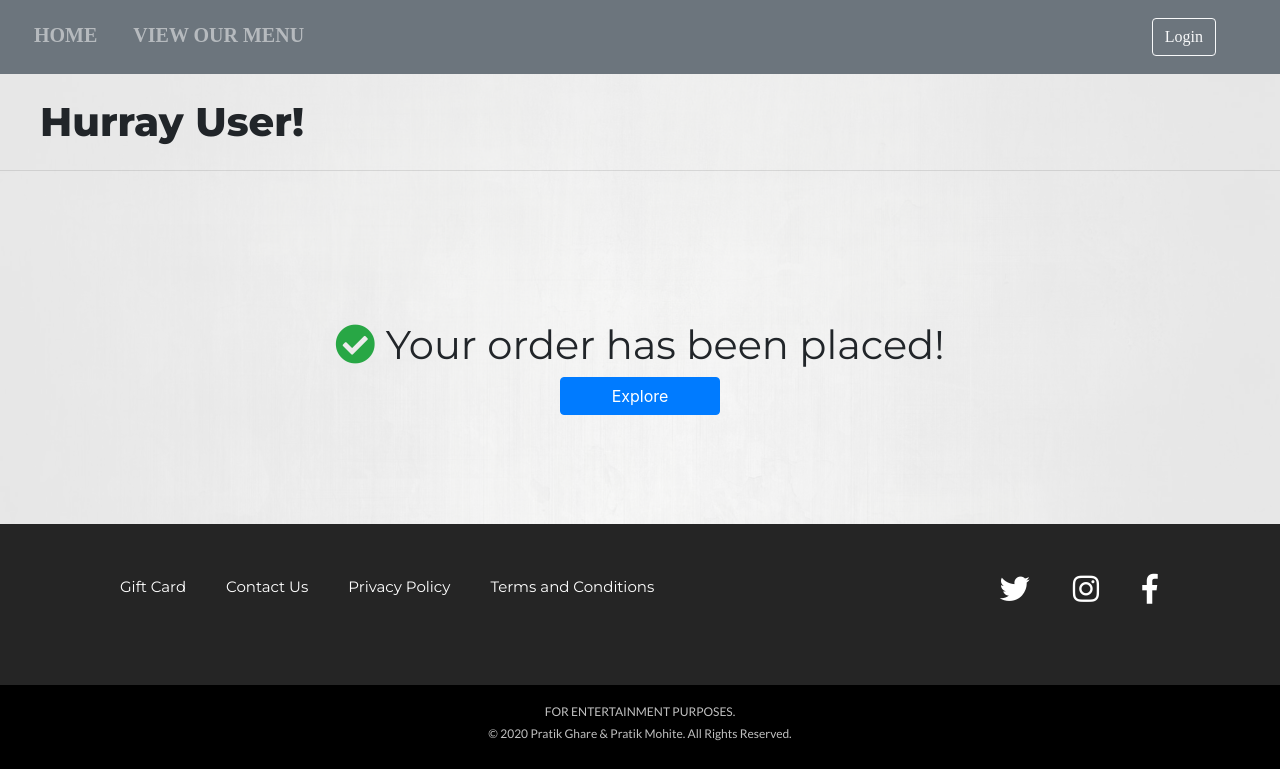
Repository: pratikghare/CafeImbiss
Page: http://localhost/Cafeteria/invoice.jsp
These files come from the project's save history. The page is drawn as it stood at one moment and after the next save; the edit follows.
The browser window is 1280 px wide. The pictures show the whole page.
Backgrounds fixed to the window are drawn as part of the page. Some web fonts or font styles are not loaded; a fallback is used. Some web libraries are served in a nearby version. The page is served by Tomcat 9. The template is opened directly, without the code that normally fills it, so the values that code supplies are empty.

Above is the page before, as saved 2020-11-04 23:07:07.

After the next save:
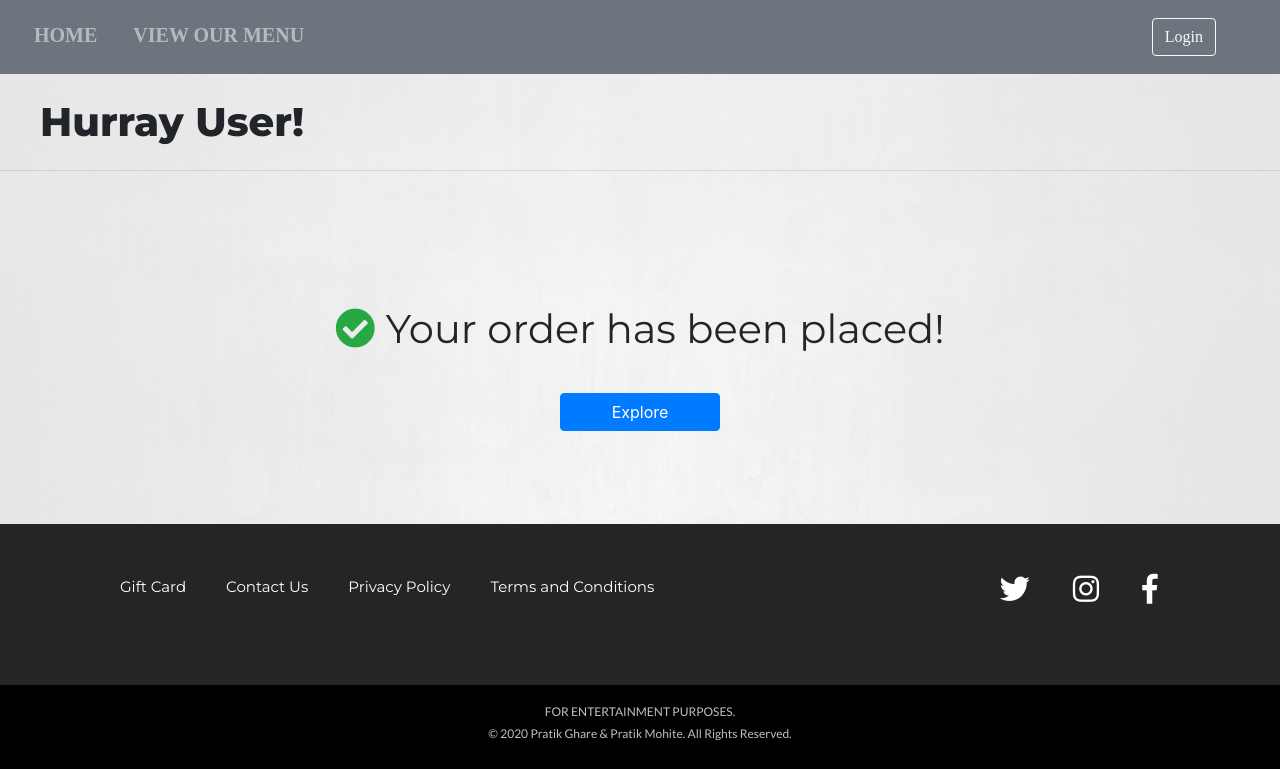
Saved 13 s later.
--- a/Cafeteria/WebContent/invoice.jsp
+++ b/Cafeteria/WebContent/invoice.jsp
@@ -192,7 +192,7 @@
 			<%} %> --%>
 			<div style="flex:1; display:flex; flex-direction:column; justify-content:center; align-items:center;">
 						<h1 style="font-family: 'Montserrat'; "><i class="fas fa-check-circle text-success"></i> Your order has been placed!</h1>
-					<a href="userMenu.htm" class="btn btn-primary btn-block" style="width:10em;">Explore</a>
+					<a href="userMenu.htm" class="btn btn-primary btn-block" style="width:10em; margin-top:2em;">Explore</a>
 					</div>
 
    	</section>
